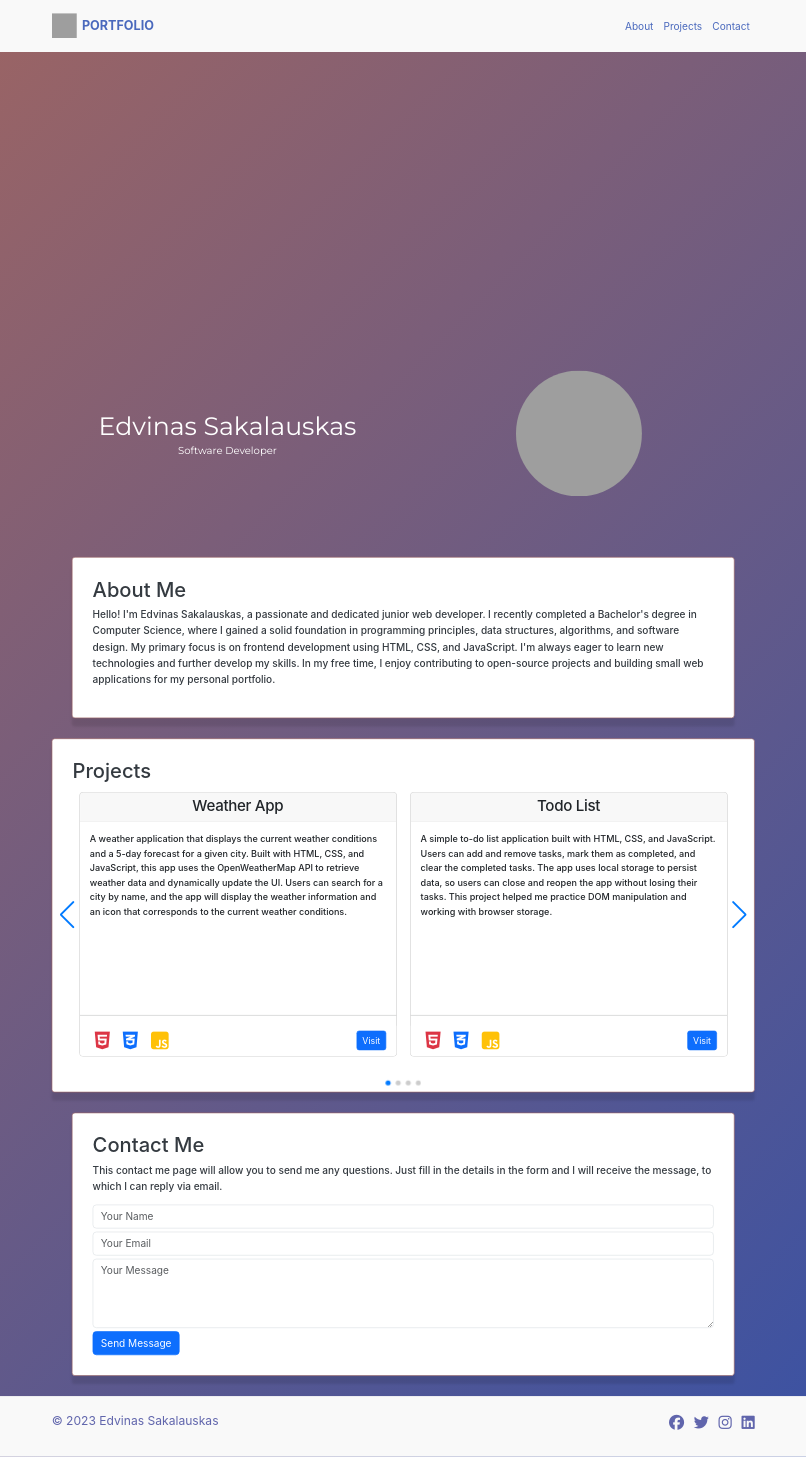
Repository: SakalauskasEdvinas/MyPorfolioWebsite
Page: index.html
These files come from the project's save history. The page is drawn as it stood at one moment and after the next save; the edit follows.
The browser window is 1280 px wide. The pictures show the whole page, at 63% of full size.
Pictures or frames that could not be fetched are drawn as grey boxes. Some web libraries are served in a nearby version.

Above is the page before, as saved 2023-04-17 10:58:36.

### index.html
<!-- Live at  - https://sakalauskasedvinas.github.io/MyPorfolioWebsite/ - work in progress, so something might be not up to date depending on time of visit -->

<!DOCTYPE html>
<html lang="en">
<head>
    <meta charset="UTF-8">
    <meta name="viewport" content="width=device-width, initial-scale=1.0">
    <title>Portfolio Website</title>
    <link href="https://cdn.jsdelivr.net/npm/bootstrap@5.3.0-alpha1/dist/css/bootstrap.min.css" rel="stylesheet">
    <link href="https://fonts.googleapis.com/css2?family=Montserrat:wght@400;700&display=swap" rel="stylesheet">
    <script src="https://cdn.jsdelivr.net/npm/typed.js@2.0.9"></script>
    <script src="https://kit.fontawesome.com/80b08c0510.js" crossorigin="anonymous"></script>
    <link rel="stylesheet" href="https://cdn.jsdelivr.net/npm/swiper@9/swiper-bundle.min.css"/>
    <link rel="stylesheet" href="css/style.css"/>

</head>

<body>
    <nav class="navbar navbar-expand-lg fixed-top py-3" style="background-color: rgba(249, 249, 249);">
        <div class="container">
            <a class="navbar-brand d-flex align-items-center" href="#">
                <img src="https://www.picsum.photos/40/40.jpg" alt="Logo" style="width: 40px; height: 40px; margin-right: 0.5rem;">
                <span style="color: #4a69bd; font-weight: bold;" id="text"></span>
            </a>

            <button class="navbar-toggler" type="button" data-bs-toggle="collapse" data-bs-target="#navbarNav" aria-controls="navbarNav" aria-expanded="false" aria-label="Toggle navigation">
                <span class="navbar-toggler-icon"></span>
            </button>
            <div class="collapse navbar-collapse" id="navbarNav">
                <ul class="navbar-nav ms-auto">
                    <li class="nav-item">
                        <a class="nav-link" href="#about" style="color: #4a69bd;">About</a>
                    </li>
                    <li class="nav-item">
                        <a class="nav-link" href="#projects" style="color: #4a69bd;">Projects</a>
                    </li>
                    <li class="nav-item">
                        <a class="nav-link" href="#contact" style="color: #4a69bd;">Contact</a>
                    </li>
                </ul>
            </div>
        </div>
    </nav>

    <div class="container ">

        <header>
            <div class="container" >
                <div class="row align-items-center">
                    <div class="col-md-6">
                        <h1>Edvinas Sakalauskas</h1>
                        <p>Software Developer</p>
                    </div>
                    <div class="col-md-6">
                        <img src="https://www.picsum.photos/id/1012/200/200.jpg" alt="Your Photo" style="width: 200px; height: 200px; border-radius: 50%; margin-bottom: 1rem;">
                    </div>

                </div>
            </div>
        </header>

        <section id="about" class="fade-in " >
            <h2>About Me</h2>
            <p>Hello! I'm Edvinas Sakalauskas, a passionate and dedicated junior web developer. I recently completed a Bachelor's degree in Computer Science, where I gained a solid foundation in programming principles, data structures, algorithms, and software design. My primary focus is on frontend development using HTML, CSS, and JavaScript. I'm always eager to learn new technologies and further develop my skills. In my free time, I enjoy contributing to open-source projects and building small web applications for my personal portfolio.</p>
        </section>


       <section id="projects" class="fade-in ">
        <h2>Projects</h2>
        <div class="swiper">


          <div class="swiper-container">
            <div class="swiper-wrapper">
              <div class="swiper-slide">
                <div class="card mb-4">
                    <div class="card-header">
                        <h3 class="card-title mb-0 text-center">Weather App</h3>
                    </div>
                    <div class="card-body">
                        <p class="card-text">A weather application that displays the current weather conditions and a 5-day forecast for a given city. Built with HTML, CSS, and JavaScript, this app uses the OpenWeatherMap API to retrieve weather data and dynamically update the UI. Users can search for a city by name, and the app will display the weather information and an icon that corresponds to the current weather conditions.</p>
                    </div>
                    <hr>
                    <div class="card-footer bg-white border-top-0 d-flex justify-content-between">
                        <div>
                            <i class="fab fa-html5 fa-2x text-danger mx-2"></i>
                            <i class="fab fa-css3-alt fa-2x text-primary mx-2"></i>
                            <i class="fab fa-js-square fa-2x text-warning mx-2"></i>
                        </div>
                        <div>
                            <a href="#" class="btn btn-primary btn-sm">Visit</a>
                        </div>
                    </div>
                </div>
            </div>
                  <div class="swiper-slide">
                    <div class="card mb-4">
                        <div class="card-header">
                            <h3 class="card-title mb-0 text-center">Todo List</h3>
                        </div>
                        <div class="card-body">
                            <p class="card-text">A simple to-do list application built with HTML, CSS, and JavaScript. Users can add and remove tasks, mark them as completed, and clear the completed tasks. The app uses local storage to persist data, so users can close and reopen the app without losing their tasks. This project helped me practice DOM manipulation and working with browser storage.</p>
                        </div>
                        <hr>
                        <div class="card-footer bg-white border-top-0 d-flex justify-content-between">
                            <div>
                                <i class="fab fa-html5 fa-2x text-danger mx-2"></i>
                                <i class="fab fa-css3-alt fa-2x text-primary mx-2"></i>
                                <i class="fab fa-js-square fa-2x text-warning mx-2"></i>
                            </div>
                            <div>
                                <a href="#" class="btn btn-primary btn-sm">Visit</a>
                            </div>
                        </div>
                    </div>
                </div>
                  <div class="swiper-slide">
                    <div class="card mb-4 ">
                      <div class="card-header">
                        <h3 class="card-title mb-0 text-center">Weather App</h3>
                      </div>
                      <div class="card-body">
                        <p class="card-text">A simple weather app built with HTML, CSS, and JavaScript that displays the current weather in a user's location or a location of their choosing. The app uses an API to fetch weather data and displays it with temperature, weather conditions, and a relevant icon. Users can also toggle between Celsius and Fahrenheit temperature units.</p>
                      </div>
                      <hr>
                      <div class="card-footer bg-white border-top-0 d-flex justify-content-between">
                        <div>
                          <i class="fab fa-html5 fa-2x text-danger mx-2"></i>
                          <i class="fab fa-css3-alt fa-2x text-primary mx-2"></i>
                          <i class="fab fa-js-square fa-2x text-warning mx-2"></i>
                        </div>
                        <div>
                          <a href="#" class="btn btn-primary btn-sm">Visit</a>
                        </div>
                      </div>
                    </div>
                  </div>


                <div class="swiper-slide">
                  <div class="card mb-4 ">
                    <div class="card-header">
                      <h3 class="card-title mb-0 text-center">Movie Database</h3>
                    </div>
                    <div class="card-body">
                      <p class="card-text">A web application developed using HTML, CSS, and JavaScript that allows users to search and filter movie data. The app uses an API to fetch movie data and displays it in a user-friendly way with images, ratings, and descriptions. The application is fully responsive and accessible, making it easy for users to find the movie they want on any device.</p>
                    </div>
                    <hr>
                    <div class="card-footer bg-white border-top-0 d-flex justify-content-between">
                      <div>
                        <i class="fab fa-html5 fa-2x text-danger mx-2"></i>
                        <i class="fab fa-css3-alt fa-2x text-primary mx-2"></i>
                        <i class="fab fa-js-square fa-2x text-warning mx-2"></i>
                      </div>
                      <div>
                        <a href="#" class="btn btn-primary btn-sm">Visit</a>
                      </div>
                    </div>
                  </div>
                </div>

            </div>

        </div>

        </div>
                    <div class="swiper-pagination"></div>
                <div class="swiper-button-next"></div>
        <div class="swiper-button-prev"></div>

      </section>






        <section id="contact" class="fade-in" >
            <h2>Contact Me</h2>
            <p>This contact me page will allow you to send me any questions.
               Just fill in the details in the form and I will receive the message, to which I can reply via email.</p>
            <form>
                <input type="text" name="name" class="form-control" placeholder="Your Name" required>
                <input type="email" name="email" class="form-control" placeholder="Your Email" required>
                <textarea name="message" class="form-control" rows="4" placeholder="Your Message" required></textarea>
                <button type="submit" class="btn btn-primary">Send Message</button>
            </form>
        </section>


      </div>
      <footer>
        <div class="container">
          <div class="row">
            <div class="col-md-6">
              <p>&copy; 2023 Edvinas Sakalauskas</p>
            </div>
            <div class="col-md-6">
              <ul class="social-media">
                <li><a href="#"><i class="fab fa-facebook"></i></a></li>
                <li><a href="#"><i class="fab fa-twitter"></i></a></li>
                <li><a href="#"><i class="fab fa-instagram"></i></a></li>
                <li><a href="#"><i class="fab fa-linkedin"></i></a></li>
              </ul>
            </div>
          </div>
        </div>
      </footer>



        <script src="https://code.jquery.com/jquery-3.6.0.min.js"></script>
        <script src="https://cdn.jsdelivr.net/npm/@popperjs/core@2.11.6/dist/umd/popper.min.js"></script>
        <script src="https://cdn.jsdelivr.net/npm/bootstrap@5.3.0-alpha1/dist/js/bootstrap.min.js"></script>
        <script src="https://cdn.jsdelivr.net/npm/swiper@9/swiper-bundle.min.js"></script>
        <script src="js/script.js"></script>


    </body>
    </html>

### css/style.css
*, *::before, *::after {
  box-sizing: border-box;
  margin: 0;
  padding: 0;
}

html {
  scroll-behavior: smooth;
}

body {
  background-image: linear-gradient(135deg, #9b6464 0%, #3b52a3 100%);
  font-family: "Inter",sans-serif;
  color: #343a40;
  line-height: 1;
  padding-top: 450px;
}

h3 {
  font-size: 24px;
  letter-spacing: -0.5px;
  margin: 0;
}
header {
  font-family: 'Montserrat', sans-serif;
  color: white;
  padding: 3rem 0;
  text-align: center;
  margin-top: 90px;
  /* background-image: linear-gradient(135deg, #9b6464 0%, #3b52a3 100%); */
}

section {
  background-color: white;
  margin: 2rem 2rem;
  padding: 2rem;
  box-shadow: 0 13px 4px rgba(0, 0, 0, 0.1);
  border-radius: 5px;
  position: relative;
  border: 1px solid #9b6464;
}

section:nth-child(3) {
  width: 100%;
  margin: 0;
}

form input {
  margin-bottom: 5px;
}

form button {
  margin-top:5px;
}




section p {
  font-size: 1rem;
  font-weight: 500;

  line-height: 1.6;

}

.card-text {
  font-size: 0.9rem;
}





.card {
  width: 96%;
  height: 420px;
  margin: 5px auto;
}

.left {
  position: absolute;
  top: 50%;
  right: 95.5%;
  font-size: 30px;
}

.right {
  position: absolute;
  top: 50%;
  left: 95.5%;
  font-size: 30px;
}

.fade-in {
  opacity: 0;
  transform: translateX(-20px);
  transition: opacity 1.5s, transform 0.5s;
}

.fade-in.active {
  opacity: 1;
  transform: translateX(0);
}




footer {
   background-color: rgba(249, 249, 249);
  color: #6065ac;
  padding: 30px 0;
  font-size: 1.2rem;
}

.social-media {
  list-style: none;
  padding: 0;
  margin: 0;
  text-align: right;
}

.social-media li {
  display: inline-block;
  margin-left: 10px;
}

.social-media li:first-child {
  margin-left: 0;
}

.social-media a {
  color: #6065ac;
}

.social-media a:hover {
  color: #d3d3d3;
}

.social-media i {
  font-size: 24px;
}

### js/script.js

window.addEventListener("scroll",fade );
window.addEventListener("load",fade );


function fade() {
  const fadeIns = document.querySelectorAll('.fade-in');

  const options = {
    rootMargin: '0px',
    threshold: 0.5
  };

  const observer = new IntersectionObserver(entries => {
    entries.forEach(entry => {
      if (entry.isIntersecting) {
        entry.target.classList.add('active');
      } else {
        entry.target.classList.remove('active');
      }
    });
  }, options);

  fadeIns.forEach(fadeIn => {
    observer.observe(fadeIn);
  });
}


let typed = new Typed('#text', {
strings: ['PORTFOLIO'],
typeSpeed: 20,
showCursor:false
});



const swiper = new Swiper(".swiper-container", {
  // Optional parameters
  slidesPerView: 2,
  spaceBetween: 0,
  direction: "horizontal",
  loop: true,
  speed:600,
  breakpoints: {
    // when window width is >= 320px
    320: {
     slidesPerView: 1,
     spaceBetween: 0
    },
    480: {
      slidesPerView: 1,
      spaceBetween: 0
     },
    900: {
      slidesPerView: 2,
      spaceBetween: 0
     }

  },
  // If you need pagination
  pagination: {
      el: ".swiper-pagination",
      clickable: true
  },

  // Navigation arrows
  navigation: {
      nextEl: ".swiper-button-next",
      prevEl: ".swiper-button-prev",
  },
});

After the next save:
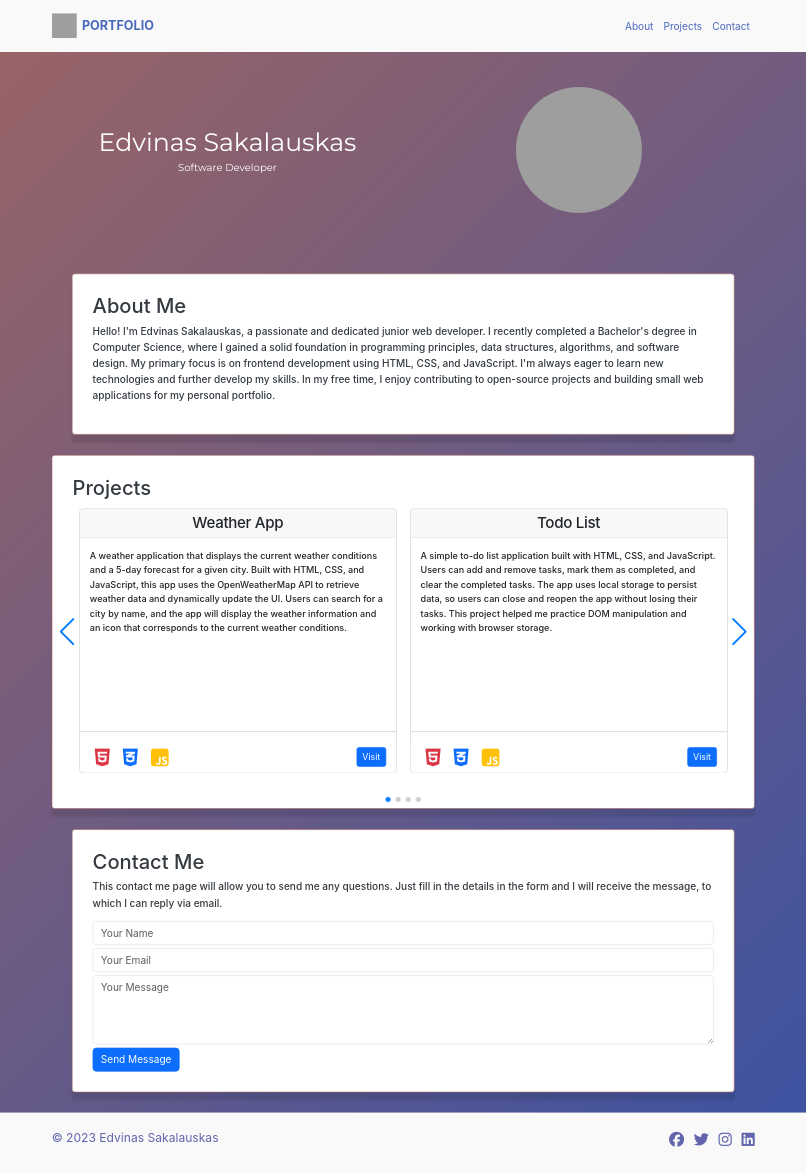
Saved 51 s later.
--- a/css/style.css
+++ b/css/style.css
@@ -13,7 +13,6 @@
   font-family: "Inter",sans-serif;
   color: #343a40;
   line-height: 1;
-  padding-top: 450px;
 }
 
 h3 {
